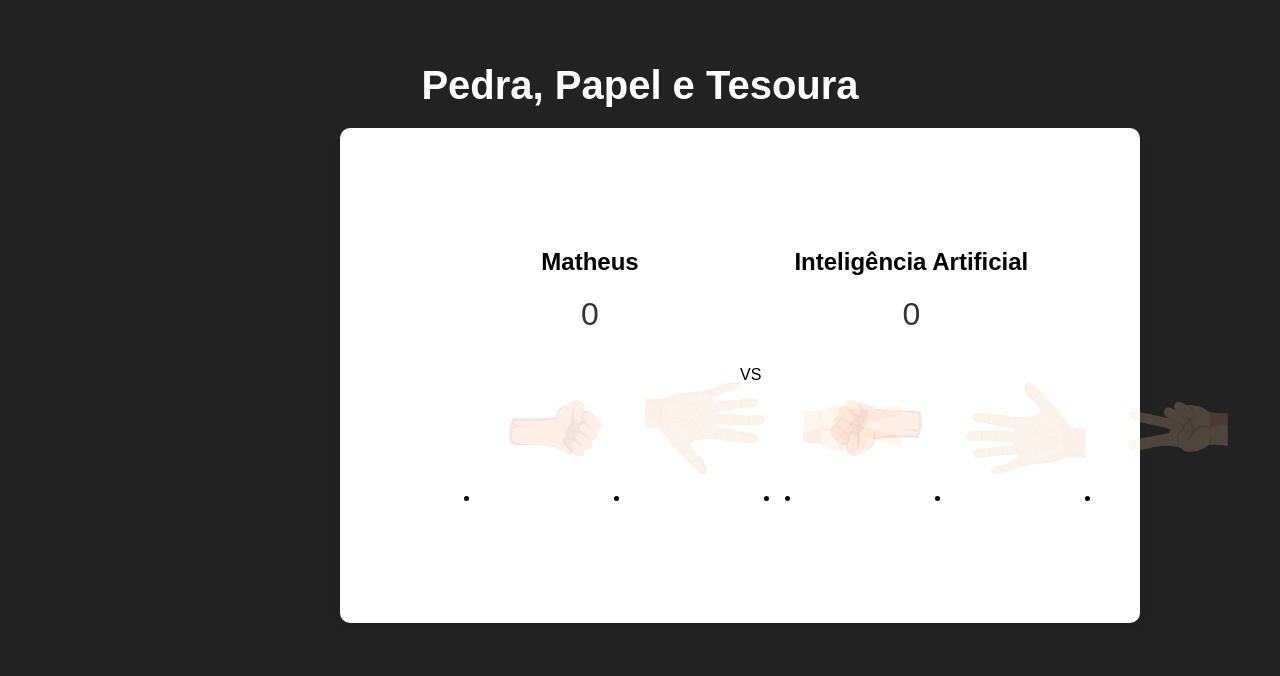
Repository: Matheus904-12/Pedra-Papel
Page: index.html
These files come from the project's save history. The page is drawn as it stood at one moment and after the next save; the edit follows.
The browser window is 1280 px wide. The pictures show the whole page.

Above is the page before, as saved 2023-08-28 21:53:20.

### index.html
<!DOCTYPE html>
<html lang="en">
<head>
    <meta charset="UTF-8">
    <meta name="viewport" content="width=device-width, initial-scale=1.0">
    <title>Pedra, Papel e Tesoura</title>
    <link rel="stylesheet" href="style.css">
    <script src="script.js"></script>
</head>
<body>
    <div class="box">
        <div class="container">
            <h1 id="titulo">Pedra, Papel e Tesoura</h1>
            <div class="placar" id="placar">
                <div class="jogador">
                    <h2 id="jogadorNome">Matheus</h2>
                    <p id="jogadorPontos">0</p>
                    <ul class="escolhas" id="jogadorEscolha">
                        <li>
                            <a id="jogadorEscolha1" class="escolha" onclick="jogar(1)">
                                <img src="img/1-removebg-preview.png" alt="">
                            </a>
                        </li>
                        <li>
                            <a id="jogadorEscolha2" class="escolha" onclick="jogar(2)">
                                <img src="img/2-removebg-preview.png" alt="">
                            </a>
                        </li>
                        <li>
                            <a id="jogadorEscolha3" class="escolha" onclick="jogar(3)">
                                <img src="img/3-removebg-preview.png" alt="">
                            </a>
                        </li>
                    </ul>
                </div>
                <div id="versus">VS</div>
                <div class="computador">
                    <h2 id="computadorNome">Inteligência Artificial</h2>
                    <p id="computadorPontos">0</p>
                    <ul class="escolhas" id="computadorEscolha">
                        <li>
                            <a id="computadorEscolha1" class="escolha">
                                <img src="img2/1.png" alt="">
                            </a>
                        </li>
                        <li>
                            <a id="computadorEscolha2" class="escolha">
                                <img src="img2/2.png" alt="">
                            </a>
                        </li>
                        <li>
                            <a id="computadorEscolha3" class="escolha">
                                <img src="img2/3.png" alt="">
                            </a>
                        </li>
                    </ul>
                </div>
            </div>
            <div class="mensagem"><p id="mensagem" class="result-message">&nbsp;</p>
    </div>
</body>
</html>

### style.css
ul#jogadorEscolha li a,
ul#computadorEscolha li a{
    opacity: 0.2;
    transition: ease-in-out 0.3s;
}
ul#jogadorEscolha li a:hover,
ul#jogadorEscolha li a.selecionado,
ul#computadorEscolha li a.selecionado {
    opacity: 1;
}

/* Estilos gerais */
body {
    font-family: 'Arial', sans-serif;
    background-color: #222;
    margin: 0;
    padding: 0;
    transition: background-color 0.5s ease;
    align-items: center;
}

/* Estilo do container principal */
.box {
    display: flex;
    align-items: center;
    justify-content: center;
    min-height: 100vh;
    transition: background-color 0.5s ease;
}

.container {
    width: 100%;
    max-width: 600px;
    text-align: center;
}

/* Estilo do título */
#titulo {
    font-size: 2.5rem;
    color: #fff;
    margin-bottom: 20px;
}

/* Estilo do placar */
.placar {
    display: flex;
    align-items: center;
    justify-content: space-between;
    padding: 100px;
    background-color: #fff;
    border-radius: 10px;
    box-shadow: 0 4px 6px rgba(0, 0, 0, 0.1);
    width: 100%;
    margin: 0 auto;
    max-width: 12000px;
}

.jogador,
.computador {
    width: 50%;
}

.jogador p,
.computador p {
    font-size: 2rem;
    color: #333;
    margin: 0;
}

.escolhas {
    display: flex;
    justify-content: space-around;
    margin-top: 20px;
}

.escolhas img {
    max-width: 150px;
    cursor: pointer;
    transition: transform 0.3s ease;
}

.escolhas img:hover {
    transform: scale(1.1);
}

/* Estilo do resultado/mensagem */
.result-message {
    font-size: 1.2rem;
    margin-top: 20px;
    color: #fff;
}

.result-message.vitoria {
    color: #4CAF50;
}

.result-message.derrota {
    color: #FF5733;
}

.result-message.empate {
    color: #FFC300;
}

/* Estilo do botão reiniciar */
.reiniciar-jogo {
    background-color: #3498db;
    border: none;
    color: white;
    padding: 10px 20px;
    text-align: center;
    text-decoration: none;
    display: inline-block;
    font-size: 16px;
    border-radius: 5px;
    cursor: pointer;
    transition: background-color 0.3s ease;
}

.reiniciar-jogo:hover {
    background-color: #2980b9;
}

/* Estilo do histórico */
.historico {
    text-align: center;
    margin-top: 20px;
}

.historico-toggle {
    background-color: #333;
    border: none;
    color: white;
    padding: 5px 10px;
    font-size: 14px;
    border-radius: 5px;
    cursor: pointer;
    transition: background-color 0.3s ease;
}

.historico-toggle:hover {
    background-color: #222;
}

.historico-list {
    list-style: none;
    padding: 0;
    display: none;
    text-align: left;
}

.historico-list li {
    font-size: 14px;
    margin-bottom: 5px;
    color: #fff;
}

### script.js
let jogadorEscolha = 0;
let jogadorPontos = 0;
let computadorEscolha = 0;
let computadorPontos = 0;
let ganhador = -1;
let historico = [];

function jogar(escolha){
    jogadorEscolha = escolha;
    computadorEscolha = Math.floor(Math.random() * 3) + 1;


/*PEDRA = 1
  PAPEL = 2
  TESOURA = 3
*/

if (jogadorEscolha == 1 && computadorEscolha == 1) {
    ganhador = 0;
    //*PEDRA = PEDRA*//
} else if (jogadorEscolha == 1 && computadorEscolha == 2) {
    ganhador = 2;
    //PEDRA E PAPEL = PAPEL//
} else if (jogadorEscolha == 1 && computadorEscolha == 3) {
    ganhador = 1;
    //PEDRA E TESOURA = PEDRA//
} else if (jogadorEscolha == 2 && computadorEscolha == 1) {
    ganhador = 1;
    //PAPEL E PEDRA = PEDRA
} else if (jogadorEscolha == 2 && computadorEscolha == 2) {
    ganhador =  0;
    //PAPEL E PAPEL = NADA
} else if (jogadorEscolha == 2 && computadorEscolha == 3) {
    ganhador = 2;
    //PAPEL E TESOURA = TESOURA
} else if (jogadorEscolha == 3 && computadorEscolha == 1) {
    ganhador = 2;
    //TESOURA E PEDRA = PEDRA
} else if (jogadorEscolha == 3 && computadorEscolha == 2) {
    ganhador = 1;
    //TESOURA E PAPEL = TESOURA
} else if (jogadorEscolha == 3 && computadorEscolha == 3) {
    ganhador = 0;
    //TESOURA E TESOURA = EMPATE
}


document.getElementById('jogadorEscolha1').classList.remove('selecionado');
document.getElementById('jogadorEscolha2').classList.remove('selecionado');
document.getElementById('jogadorEscolha3').classList.remove('selecionado');
document.getElementById('computadorEscolha1').classList.remove('selecionado');
document.getElementById('computadorEscolha2').classList.remove('selecionado');
document.getElementById('computadorEscolha3').classList.remove('selecionado');



document.getElementById('jogadorEscolha'+jogadorEscolha).classList.add('selecionado');
document.getElementById('computadorEscolha'+computadorEscolha).classList.add('selecionado');


/*
EMPATE = 0;
JOGADOR = 1;
COMPUTADOR = 2;
*/


// Atualizar placar
if (ganhador === 1) {
    jogadorPontos++;
} else if (ganhador === 2) {
    computadorPontos++;
}

document.getElementById('jogadorPontos').textContent = jogadorPontos;
document.getElementById('computadorPontos').textContent = computadorPontos;


// Mensagem do resultado
let mensagem = '';
if (ganhador === 1) {
    mensagem = 'Você venceu!';
} else if (ganhador === 2) {
    mensagem = 'Você perdeu!';
} else {
    mensagem = 'Empate!';
}

// Adicionar ao histórico
historico.push({
    jogador: jogadorEscolha,
    computador: computadorEscolha,
    resultado: ganhador
});

// Atualizar elementos na página
document.getElementById('jogadorPontos').textContent = jogadorPontos;
document.getElementById('computadorPontos').textContent = computadorPontos;
document.querySelector('.result-message').textContent = mensagem;
document.querySelector('.result-message').className = `result-message ${ganhadorClass}`;

// Exibir histórico
mostrarHistorico();

// Adicionar classe de estilo à mensagem
let mensagemElement = document.getElementById('mensagem');
mensagemElement.classList.remove('vitoria', 'derrota', 'empate');
if (ganhador === 1) {
    mensagemElement.classList.add('vitoria');
} else if (ganhador === 2) {
    mensagemElement.classList.add('derrota');
} else {
    mensagemElement.classList.add('empate');
}
}

function mostrarHistorico() {
let historicoList = document.getElementById('historico-list');
historicoList.innerHTML = '';

for (let i = 0; i < historico.length; i++) {
    let item = historico[i];
    let resultado = '';
    if (item.resultado === 1) {
        resultado = 'Vitória';
    } else if (item.resultado === 2) {
        resultado = 'Derrota';
    } else {
        resultado = 'Empate';
    }

    let listItem = document.createElement('li');
    listItem.textContent = `Jogador: ${item.jogador} | Computador: ${item.computador} | Resultado: ${resultado}`;
    historicoList.appendChild(listItem);
}


document.getElementById('historico-toggle').addEventListener('click', function() {
    const historicoList = document.querySelector('.historico-list');
    historicoList.style.display = historicoList.style.display === 'none' ? 'block' : 'none';
    this.textContent = historicoList.style.display === 'none' ? 'Ver Histórico' : 'Esconder Histórico';
});

// Mensagem do resultado
let mensagem = '';
if (ganhador === 1) {
    mensagem = 'Você venceu!';
} else if (ganhador === 2) {
    mensagem = 'Você perdeu!';
} else {
    mensagem = 'Empate!';
}

// Adicionar ao histórico
historico.push({
    jogador: jogadorEscolha,
    computador: computadorEscolha,
    resultado: ganhador
});


// Atualizar elementos na página
document.getElementById('jogadorPontos').textContent = jogadorPontos;
document.getElementById('computadorPontos').textContent = computadorPontos;
document.querySelector('.result-message').textContent = mensagem;
document.querySelector('.result-message').className = `result-message ${ganhadorClass}`;


 // Adicionar classe de estilo à mensagem
let mensagemElement = document.querySelector('.mensagem');
mensagemElement.classList.remove('vitoria', 'derrota', 'empate');
if (ganhador === 1) {
    mensagemElement.classList.add('vitoria');
} else if (ganhador === 2) {
    mensagemElement.classList.add('derrota');
} else {
    mensagemElement.classList.add('empate');
}

// Atualizar estilo da página com base no resultado
document.querySelector('.box').className = `box ${ganhadorClass}`;




// Atualizar cor de fundo com base no resultado
if (ganhador === 1) {
    document.body.style.backgroundColor = '#4CAF50'; // Verde
} else if (ganhador === 2) {
    document.body.style.backgroundColor = '#FF5733'; // Vermelho
} else {
    document.body.style.backgroundColor = '#FFC300'; // Amarelo
}


// Selecionar escolha do jogador
document.getElementById(`jogadorEscolha${jogadorEscolha}`).classList.add('selecionado');


// Atualizar escolhas do jogador
document.getElementById(`jogadorEscolha${jogadorEscolha}`).classList.add('selecionado');
document.getElementById(`computadorEscolha${computadorEscolha}`).classList.add('selecionado');

// Atualizar estilo da página com base no resultado
document.querySelector('.box').className = `box ${ganhadorClass}`;

// Função para reiniciar o jogo
function reiniciarJogo() {
    jogadorPontos = 0;
    computadorPontos = 0;
    historico = [];
    limparEscolhas();
    atualizarPlacar();
    limparMensagem();
    mostrarHistorico();
    resetarEstiloPagina();
}

// Limpar escolhas selecionadas
function limparEscolhas() {
    document.querySelectorAll('.escolha').forEach(element => {
        element.classList.remove('selecionado');
    });
}

// Atualizar placar
function atualizarPlacar() {
    document.getElementById('jogadorPontos').textContent = jogadorPontos;
    document.getElementById('computadorPontos').textContent = computadorPontos;
}

// Limpar mensagem do resultado
function limparMensagem() {
    document.querySelector('.result-message').textContent = '';
    document.querySelector('.mensagem').className = 'mensagem';
}

// Resetar estilo da página
function resetarEstiloPagina() {
    document.querySelector('.box').className = 'box';
}

// Botão de reiniciar o jogo
document.getElementById('reiniciar-jogo').addEventListener('click', function() {
    reiniciarJogo();
});


// Função para reiniciar o jogo
function reiniciarJogo() {
    jogadorPontos = 0;
    computadorPontos = 0;
    historico = [];
    limparEscolhas();
    atualizarPlacar();
    limparMensagem();
    mostrarHistorico();
    resetarEstiloPagina();
}

// Limpar escolhas selecionadas
function limparEscolhas() {
    document.querySelectorAll('.escolha').forEach(element => {
        element.classList.remove('selecionado');
    });
}

// Atualizar placar
function atualizarPlacar() {
    document.getElementById('jogadorPontos').textContent = jogadorPontos;
    document.getElementById('computadorPontos').textContent = computadorPontos;
}

// Limpar mensagem do resultado
function limparMensagem() {
    document.querySelector('.result-message').textContent = '';
    document.querySelector('.mensagem').className = 'mensagem';
}

// Resetar estilo da página
function resetarEstiloPagina() {
    document.querySelector('.box').className = 'box';
}

// Botão de reiniciar o jogo
document.getElementById('reiniciar-jogo').addEventListener('click', function() {
    reiniciarJogo();
});


}

After the next save:
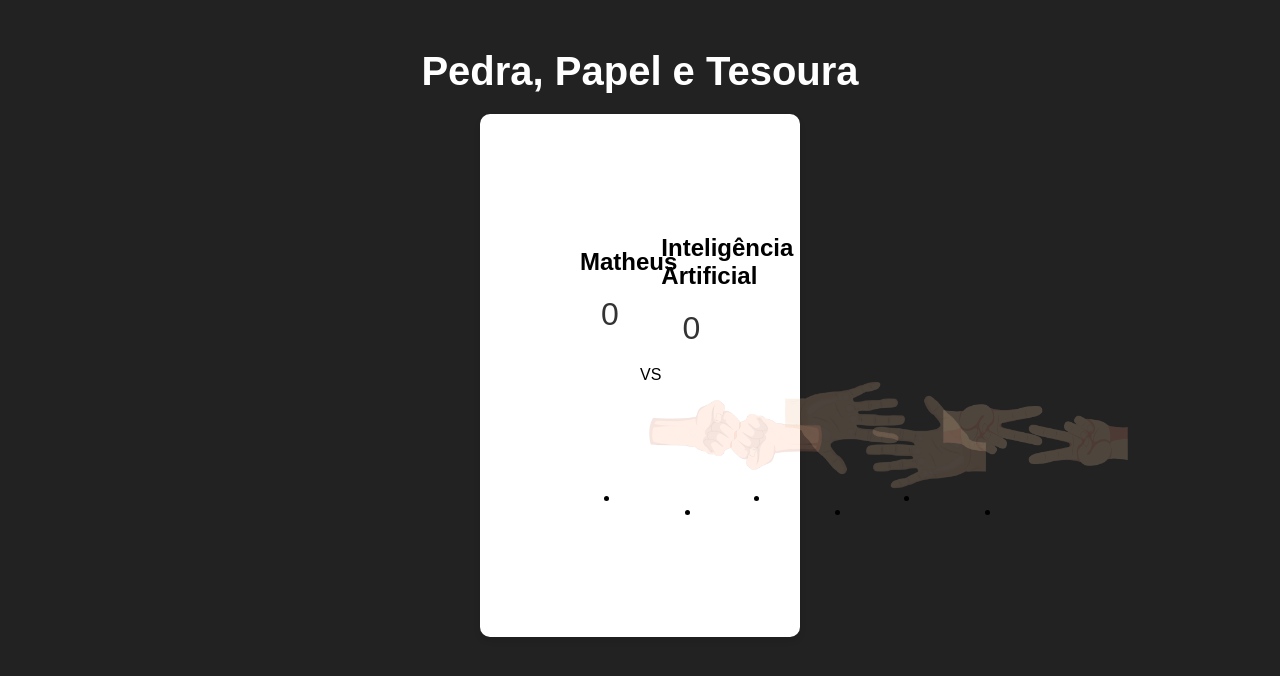
Saved 4 s later.
--- a/style.css
+++ b/style.css
@@ -52,7 +52,7 @@
     box-shadow: 0 4px 6px rgba(0, 0, 0, 0.1);
     width: 100%;
     margin: 0 auto;
-    max-width: 12000px;
+    max-width: 120px;
 }
 
 .jogador,

After the save that followed:
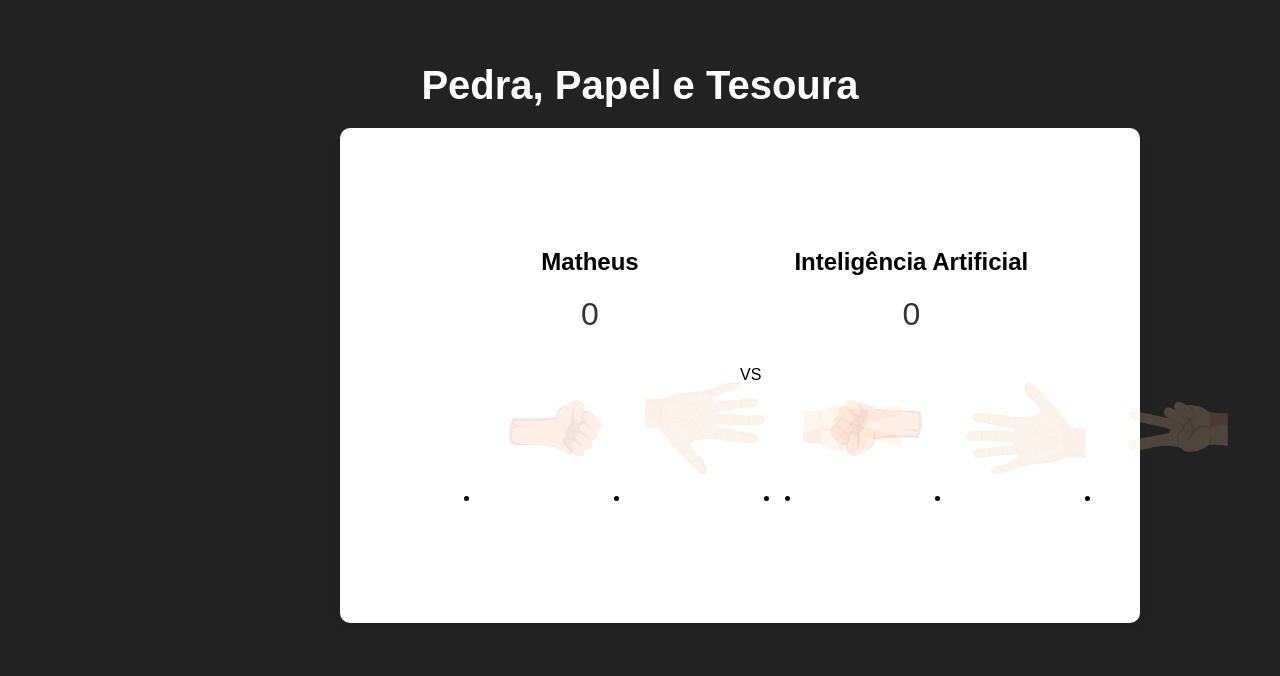
Saved 6 s later.
--- a/style.css
+++ b/style.css
@@ -52,7 +52,7 @@
     box-shadow: 0 4px 6px rgba(0, 0, 0, 0.1);
     width: 100%;
     margin: 0 auto;
-    max-width: 120px;
+    max-width: 12000px;
 }
 
 .jogador,
